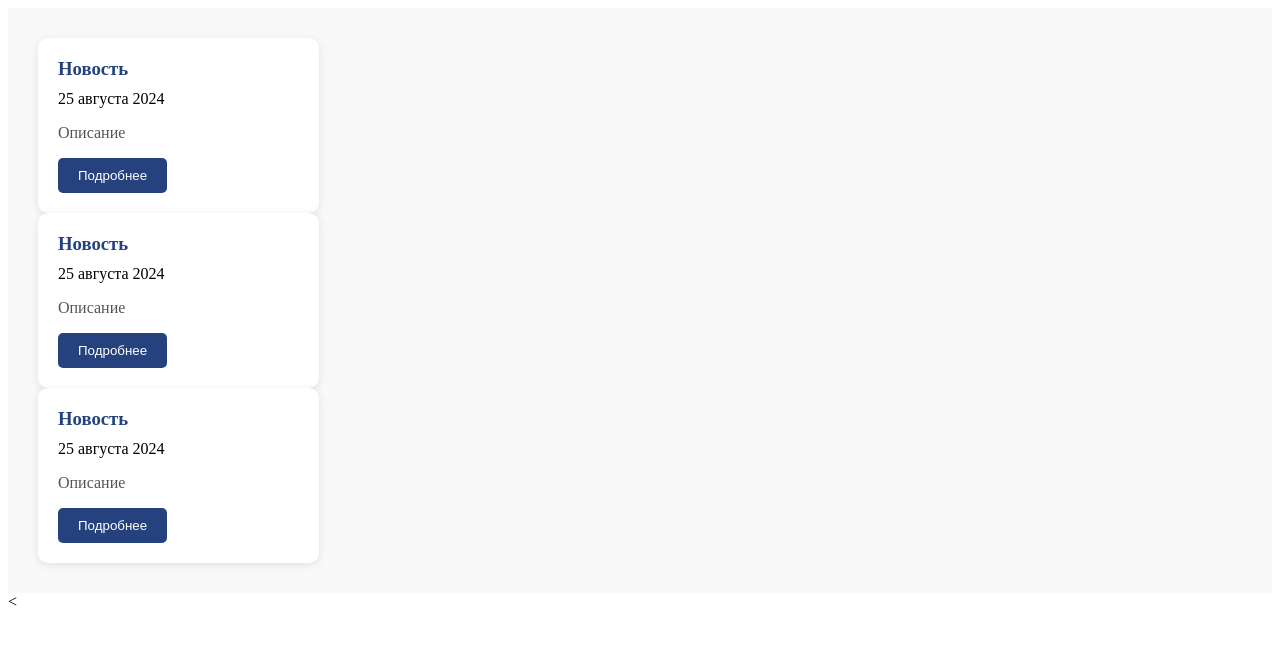
Repository: MaratLK/PLKFrontend
Page: Templates/NewsForIndex.html
These files come from the project's save history. The page is drawn as it stood at one moment and after the next save; the edit follows.
The browser window is 1280 px wide. The pictures show the whole page.

Above is the page before, as saved 2024-08-25 07:16:12.

### Templates/NewsForIndex.html
<!DOCTYPE html>
<html lang="en">
  <head>
    <meta charset="UTF-8" />
    <meta name="viewport" content="width=device-width, initial-scale=1.0" />
    <title>Document</title>
    <style>
      .news {
        padding: 30px;
        background-color: #f9f9f9;
        text-align: center;
      }

      .news h2 {
        font-size: 2em;
        color: #333;
        margin-bottom: 20px;
      }

      .news-container {
        display: flex;
        justify-content: center;
        flex-wrap: wrap;
        gap: 20px;
      }

      .news-card {
        background-color: #ffffff;
        border-radius: 10px;
        box-shadow: 0 2px 10px rgba(0, 0, 0, 0.1);
        padding: 20px;
        width: calc(25% - 20px);
        box-sizing: border-box;
        text-align: left;
      }

      .news-card h3 {
        margin: 0 0 10px;
        color: #25427e;
      }

      .news-card p {
        color: #555;
      }

      .news-card button {
        background-color: #25427e;
        color: white;
        padding: 10px 20px;
        border: none;
        border-radius: 5px;
        cursor: pointer;
        transition: background-color 0.3s;
      }

      .news-card {
        background-color: #ffffff;
        border-radius: 10px;
        box-shadow: 0 2px 10px rgba(0, 0, 0, 0.1);
        padding: 20px;
        width: calc(25% - 20px);
        box-sizing: border-box;
        text-align: left;
        transition: transform 0.3s ease, box-shadow 0.3s ease;
      }

      .news-card:hover {
        transform: translateY(10px) scale(1.05);
        box-shadow: 0 4px 20px rgba(0, 0, 0, 0.2);
      }
    </style>
  </head>
  <body>
    <section id="news" class="news">
        <div class="news-card">
            <div class="news-header">
              <h3>Новость</h3>
              <span class="news-date">25 августа 2024</span> <!-- Здесь будет дата -->
            </div>
            <p>Описание</p>
            <button class="open-modal" data-news="news1">Подробнее</button>
          </div>
          <div class="news-card">
            <div class="news-header">
              <h3>Новость</h3>
              <span class="news-date">25 августа 2024</span> <!-- Здесь будет дата -->
            </div>
            <p>Описание</p>
            <button class="open-modal" data-news="news1">Подробнее</button>
          </div>
          <div class="news-card">
            <div class="news-header">
              <h3>Новость</h3>
              <span class="news-date">25 августа 2024</span> <!-- Здесь будет дата -->
            </div>
            <p>Описание</p>
            <button class="open-modal" data-news="news1">Подробнее</button>
          </div>

    </section>

    <div class="adnews">
        <
    </div>
  </body>
</html>

After the next save:
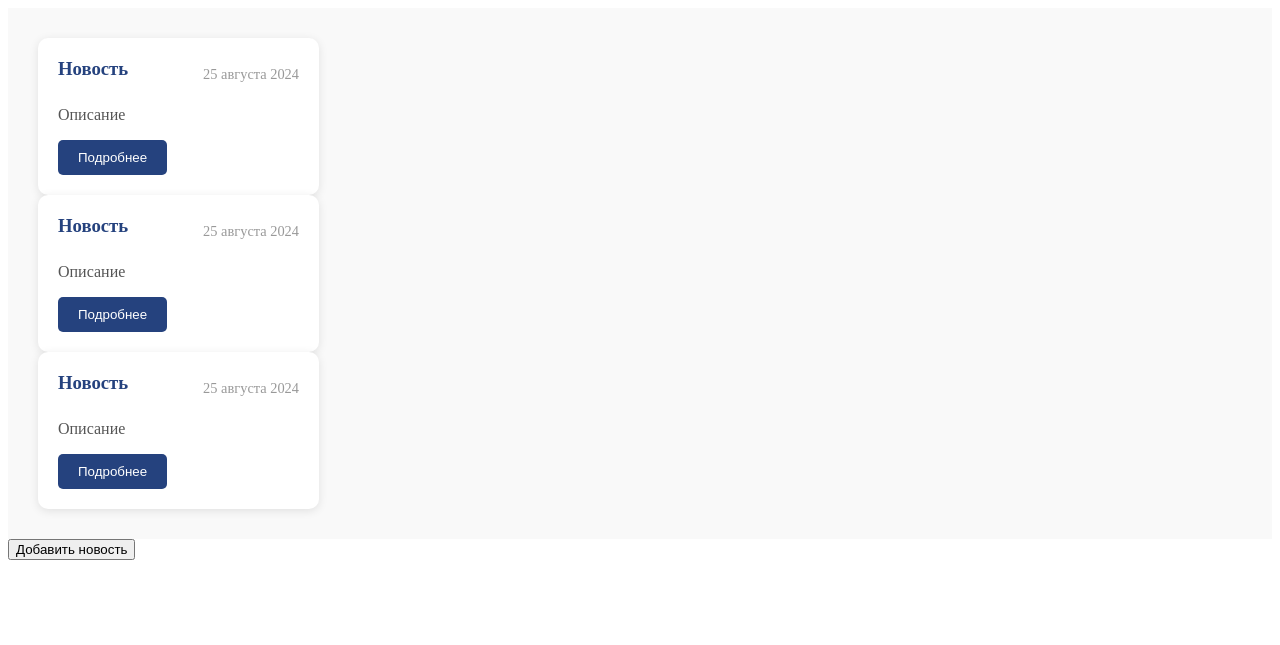
Saved 80 s later.
--- a/Templates/NewsForIndex.html
+++ b/Templates/NewsForIndex.html
@@ -68,6 +68,54 @@
         transform: translateY(10px) scale(1.05);
         box-shadow: 0 4px 20px rgba(0, 0, 0, 0.2);
       }
+
+      .news-header {
+  display: flex;
+  justify-content: space-between;
+  align-items: center;
+}
+
+.news-date {
+  font-size: 0.9em;
+  color: #999;
+}
+
+/* Стили для модального окна */
+.modal {
+  display: none; /* Скрыто по умолчанию */
+  position: fixed;
+  z-index: 1;
+  left: 0;
+  top: 0;
+  width: 100%;
+  height: 100%;
+  overflow: auto;
+  background-color: rgba(0, 0, 0, 0.5);
+}
+
+.modal-content {
+  background-color: #fefefe;
+  margin: 15% auto;
+  padding: 20px;
+  border: 1px solid #888;
+  width: 80%;
+  max-width: 500px;
+  border-radius: 10px;
+}
+
+.close-btn {
+  color: #aaa;
+  float: right;
+  font-size: 28px;
+  font-weight: bold;
+  cursor: pointer;
+}
+
+.close-btn:hover, .close-btn:focus {
+  color: black;
+  text-decoration: none;
+  cursor: pointer;
+}
     </style>
   </head>
   <body>
@@ -99,8 +147,77 @@
 
     </section>
 
-    <div class="adnews">
-        <
+    <!-- Кнопка для открытия модального окна -->
+<button id="add-news-btn">Добавить новость</button>
+
+<!-- Модальное окно -->
+<div id="news-modal" class="modal">
+  <div class="modal-content">
+    <span class="close-btn">&times;</span>
+    <h3>Добавить новость</h3>
+    <form id="news-form">
+      <label for="news-title">Название:</label>
+      <input type="text" id="news-title" name="title" required>
+
+      <label for="news-date">Дата:</label>
+      <input type="date" id="news-date" name="date" required>
+
+      <label for="news-description">Описание:</label>
+      <textarea id="news-description" name="description" required></textarea>
+
+      <button type="submit">Добавить</button>
+    </form>
+  </div>
+</div>
+<script>
+    // JavaScript для открытия и закрытия модального окна
+const modal = document.getElementById('news-modal');
+const btn = document.getElementById('add-news-btn');
+const span = document.getElementsByClassName('close-btn')[0];
+
+btn.onclick = function() {
+  modal.style.display = 'block';
+}
+
+span.onclick = function() {
+  modal.style.display = 'none';
+}
+
+window.onclick = function(event) {
+  if (event.target == modal) {
+    modal.style.display = 'none';
+  }
+}
+
+// Добавление новой карточки по submit формы
+document.getElementById('news-form').addEventListener('submit', function(event) {
+  event.preventDefault();
+
+  const title = document.getElementById('news-title').value;
+  const date = document.getElementById('news-date').value;
+  const description = document.getElementById('news-description').value;
+
+  const newCard = document.createElement('div');
+  newCard.classList.add('news-card');
+
+  newCard.innerHTML = `
+    <div class="news-header">
+      <h3>${title}</h3>
+      <span class="news-date">${date}</span>
     </div>
+    <p>${description}</p>
+    <button class="open-modal" data-news="news1">Подробнее</button>
+  `;
+
+  document.querySelector('.news-container').appendChild(newCard);
+
+  // Закрываем модальное окно после добавления
+  modal.style.display = 'none';
+
+  // Очищаем форму
+  document.getElementById('news-form').reset();
+});
+
+</script>
   </body>
 </html>
